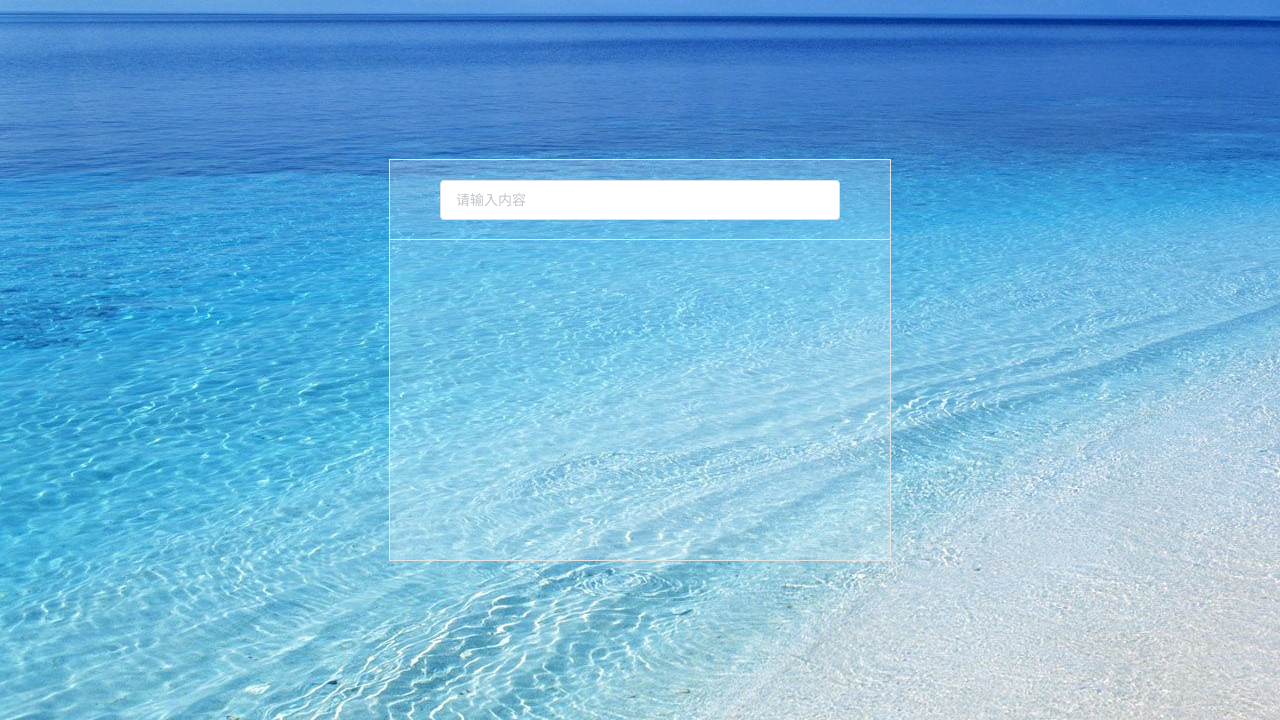
Repository: jinggegeZ/livechat
Page: /login
The author's editor kept a copy of each file at every save. The page is drawn from the files as they stood at one save, then again after the next save.
The browser window is 1280 px wide. The pictures show the whole page.
The project was rebuilt for these pictures with package versions that can differ from the ones it lists, and the page was loaded fresh each time. Also part of the build but not shown: src/views/Home.vue.

Above is the page before, as saved 2020-08-17 15:07:55.

After the next save:
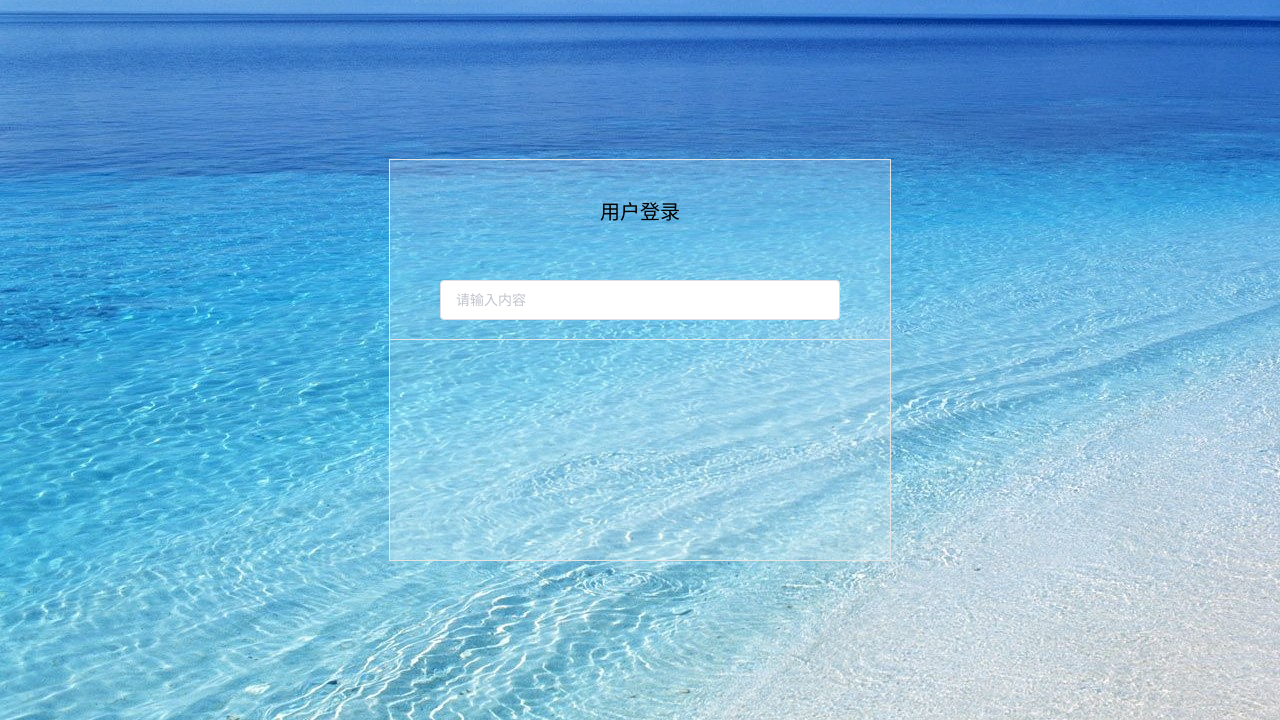
Saved 111 s later.
--- a/src/views/login.vue
+++ b/src/views/login.vue
@@ -2,6 +2,10 @@
  <div class="content">
     <div class="content-c">
           <div class="loginbox">
+          <!-- 用户登录 -->
+          <div class="username">
+            用户登录
+          </div>
           <!-- 用户名 -->
           <div class="input">
             <div class="inputbox"><el-input v-model="username" placeholder="请输入内容"></el-input></div>
@@ -49,6 +53,7 @@
   justify-content: center;
   align-items: center;
   background: url('../../public/image/02a28d595dea30839eeaa0fdd15dfce2.jpg') no-repeat;
+  font-size: 20px;
 }
 .content-c {
   width: 100%;
@@ -61,6 +66,13 @@
   height: 400px;
   border: 1px solid rgb(228, 228, 228);
   background: rgba(255,255,255,0.2);
+}
+.username {
+  width: 100%;
+  height: 100px;
+  display: flex;
+  justify-content: center;
+  align-items: center;
 }
 .input {
   width: 100%;
